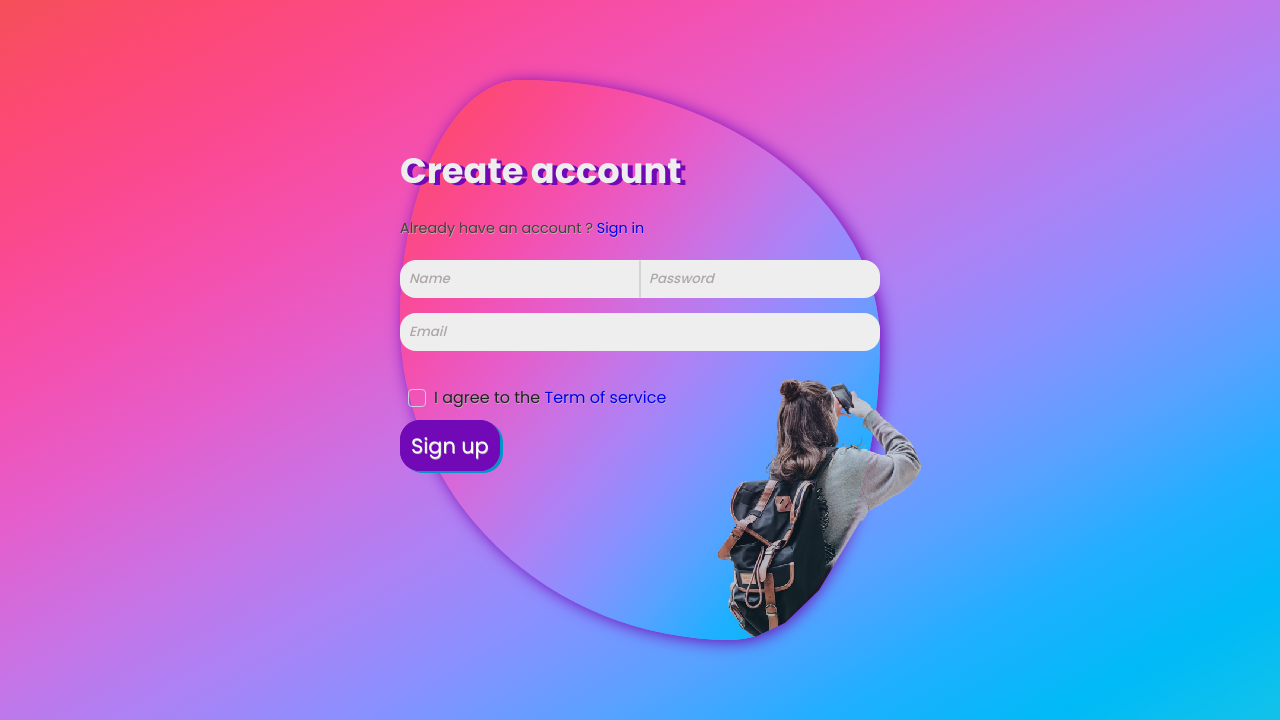
Repository: Yuukicoder/Techfest1
Page: signup.html
An editor plug-in stored every save of this project. The page is shown before and after the next save, followed by the edit.
The browser window is 1280 px wide. The pictures show the whole page.
Some web fonts or font styles are not loaded; a fallback is used.

Above is the page before, as saved 2022-11-05 21:49:14.

After the next save:
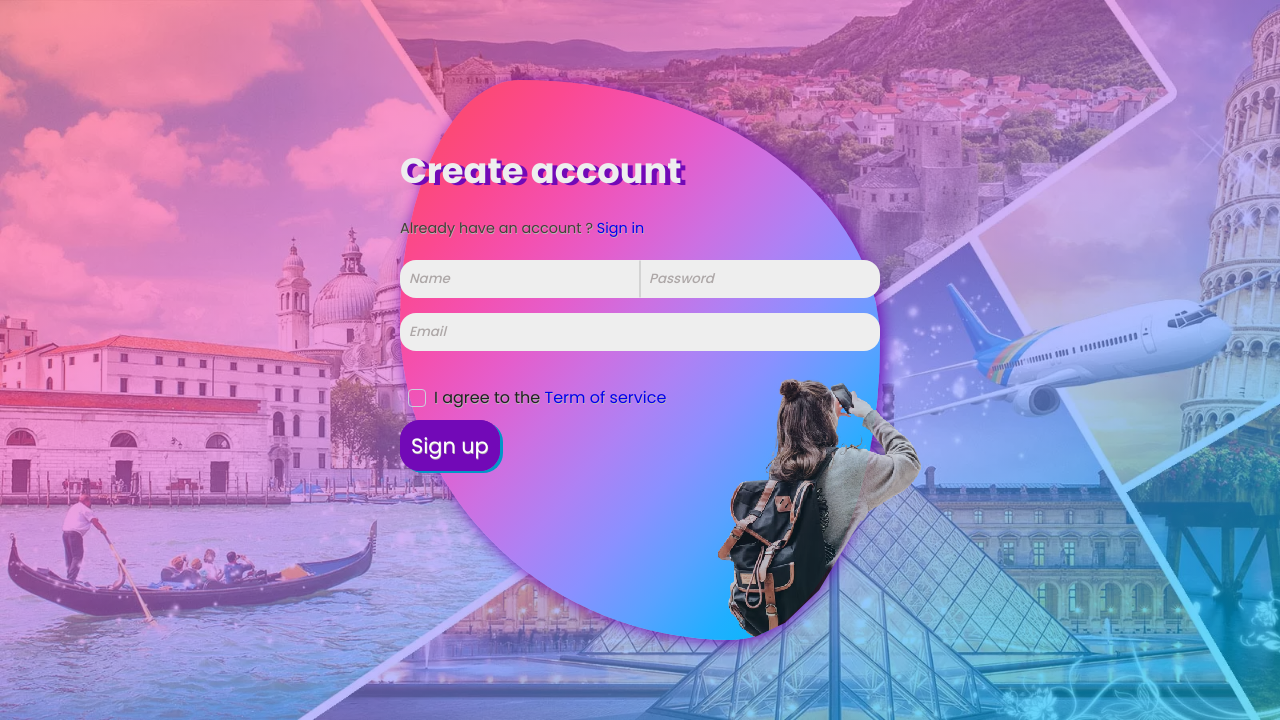
Saved 96 s later.
--- a/signup.css
+++ b/signup.css
@@ -15,18 +15,18 @@
 body {
   background-image: linear-gradient(
       to left top,
-      #12c2e9,
-      #00baf7,
-      #20afff,
-      #5ba1ff,
-      #8a90ff,
-      #ae81f4,
-      #cc70e2,
-      #e55dcb,
-      #f450af,
-      #fb4991,
-      #fc4975,
-      #f64f59
+      rgba(18, 194, 233, 0.6),
+      rgba(0, 186, 247, 0.6),
+      rgba(32, 175, 255, 0.6),
+      rgba(91, 161, 255, 0.6),
+      rgba(138, 144, 255, 0.6),
+      rgba(174, 129, 244, 0.6),
+      rgba(204, 112, 226, 0.6),
+      rgba(229, 93, 203, 0.6),
+      rgba(244, 80, 175, 0.6),
+      rgba(251, 73, 145, 0.6),
+      rgba(252, 73, 117, 0.6),
+      rgba(246, 79, 89, 0.6)
     ),
     url("./Image/signup1.webp");
   object-position: center;
